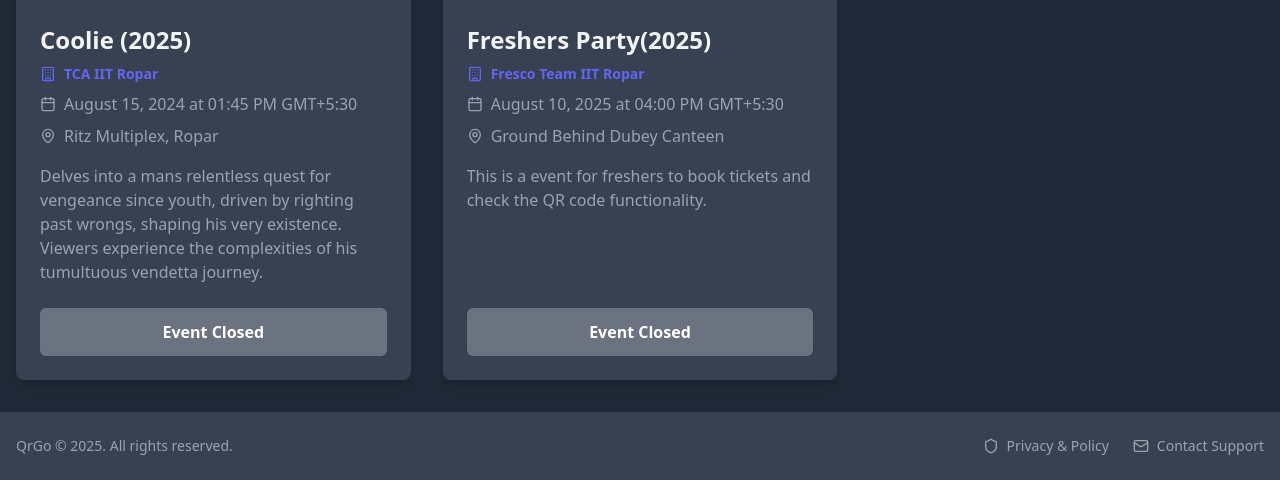
Repository: Dhakshin2007/QrGo
Page: /
An editor plug-in stored every save of this project. The page is shown before and after the next save, followed by the edit.
The browser window is 1280 px wide. The pictures show the part of the page from y = 1872 to 2352 px (the page is 2352 px tall).
Some web libraries are served in a nearby version. The project was rebuilt for these pictures with package versions that can differ from the ones it lists, and the page was loaded fresh each time. Also part of the build but not shown: vite.config.ts, pages/BookingPage.tsx, components/TicketCard.tsx, pages/MyTicketsPage.tsx, services/aiService.ts, pages/AdminPage.tsx, pages/PrivacyPolicyPage.tsx.

Above is the page before, as saved 2025-08-18 17:13:19.

After the next save:
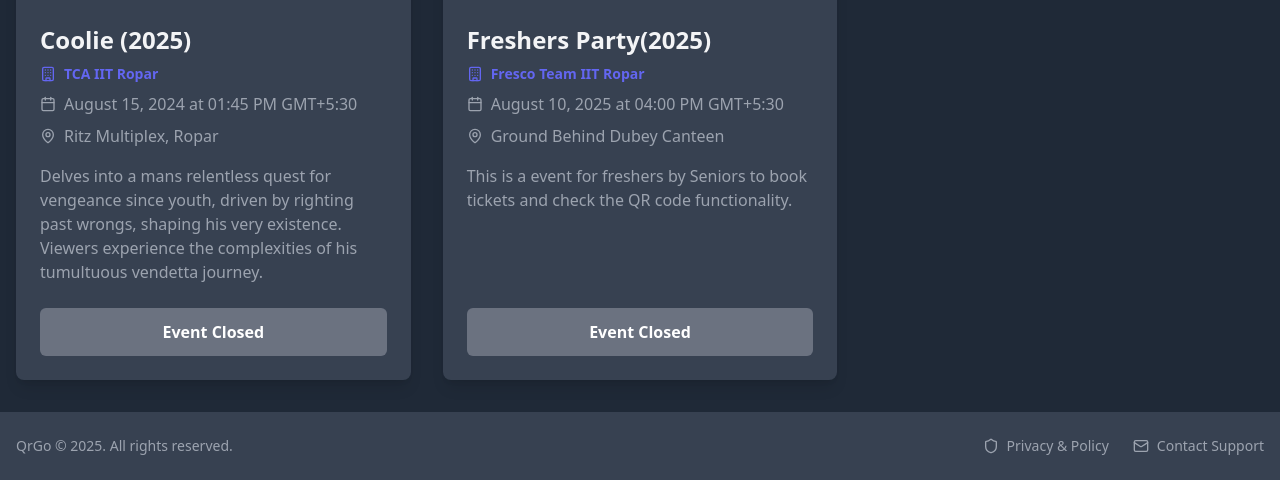
Saved 9 s later.
--- a/constants.ts
+++ b/constants.ts
@@ -47,7 +47,7 @@
     name: 'Freshers Party(2025)',
     date: '2025-08-10T10:30:00Z',
     venue: 'Ground Behind Dubey Canteen',
-    description: 'This is a event for freshers to book tickets and check the QR code functionality.',
+    description: 'This is a event for freshers by Seniors to book tickets and check the QR code functionality.',
     image: 'https://images.unsplash.com/photo-1587620962725-abab7fe55159?q=80&w=2070&auto=format&fit=crop',
     status: EventStatus.Closed,
     requiresEntryNumber: true,
